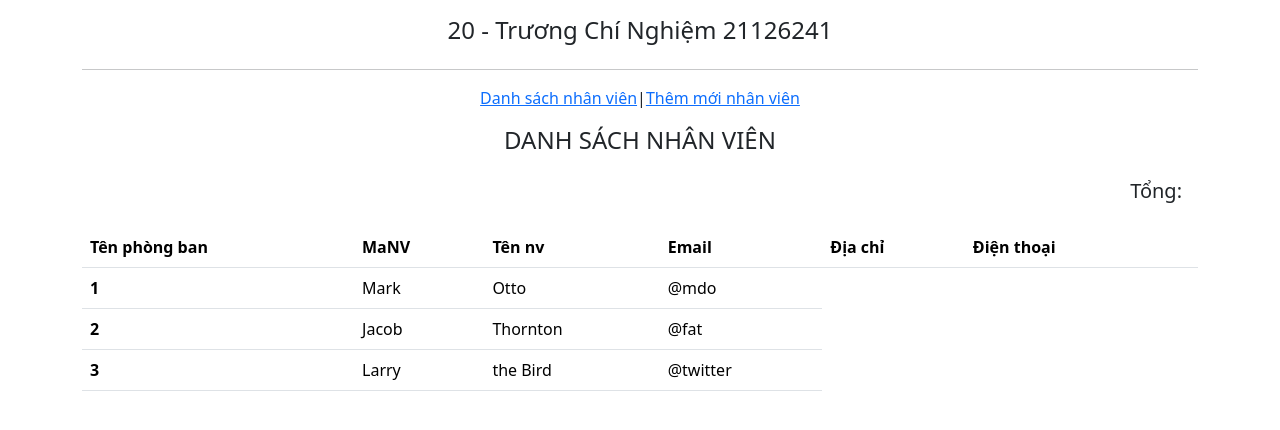
Repository: TruongChiNghiem1/wwwServlet
Page: http://localhost/20_TruongChiNghiem_21126241/views/ListNhanVien/index.jsp
The author's editor kept a copy of each file at every save. The page is drawn from the files as they stood at one save, then again after the next save.
The browser window is 1280 px wide. The pictures show the whole page.
The page is served by Tomcat 10. Other server files are loaded and not shown.

Above is the page before, as saved 2024-10-25 16:53:57.

### 20_TruongChiNghiem_21126241/src/main/webapp/views/ListNhanVien/index.jsp
<%@ page language="java" contentType="text/html; charset=UTF-8"
	pageEncoding="UTF-8"%>
<!DOCTYPE html>
<html>
<head>
<meta charset="UTF-8">
<title>Insert title here</title>
<link
	href="https://cdn.jsdelivr.net/npm/bootstrap@5.3.3/dist/css/bootstrap.min.css"
	rel="stylesheet"
	integrity="sha384-QWTKZyjpPEjISv5WaRU9OFeRpok6YctnYmDr5pNlyT2bRjXh0JMhjY6hW+ALEwIH"
	crossorigin="anonymous">
<script
	src="https://cdn.jsdelivr.net/npm/bootstrap@5.3.3/dist/js/bootstrap.bundle.min.js"
	integrity="sha384-YvpcrYf0tY3lHB60NNkmXc5s9fDVZLESaAA55NDzOxhy9GkcIdslK1eN7N6jIeHz"
	crossorigin="anonymous"></script>
</head>
<body>
	<div class="container">
		<div class="d-flex justify-content-center m-3">
			<h4>20 - Trương Chí Nghiệm 21126241</h4>
		</div>
		<hr>
		<div class="d-flex justify-content-center m-3">
			<a href="/20_TruongChiNghiem_21126241">Danh sách nhân viên</a>|
			<a href="/20_TruongChiNghiem_21126241/add-data">Thêm mới nhân viên</a>
		</div>
		<div class="d-flex justify-content-center m-3">
			<h4>DANH SÁCH NHÂN VIÊN</h4>
		</div>
		<div class="d-flex justify-content-end m-3">
			<h5>Tổng: </h5>
		</div>
		<div>
			<table class="table">
				<thead>
					<tr>
						<th scope="col">Tên phòng ban</th>
						<th scope="col">MaNV</th>
						<th scope="col">Tên nv</th>
						<th scope="col">Email</th>
						<th scope="col">Địa chỉ</th>
						<th scope="col">Điện thoại</th>
						<th scope="col"></th>
					</tr>
				</thead>
				<tbody>
					<tr>
						<th scope="row">1</th>
						<td>Mark</td>
						<td>Otto</td>
						<td>@mdo</td>
					</tr>
					<tr>
						<th scope="row">2</th>
						<td>Jacob</td>
						<td>Thornton</td>
						<td>@fat</td>
					</tr>
					<tr>
						<th scope="row">3</th>
						<td>Larry</td>
						<td>the Bird</td>
						<td>@twitter</td>
					</tr>
				</tbody>
			</table>
		</div>
	</div>
</body>
</html>

After the next save:
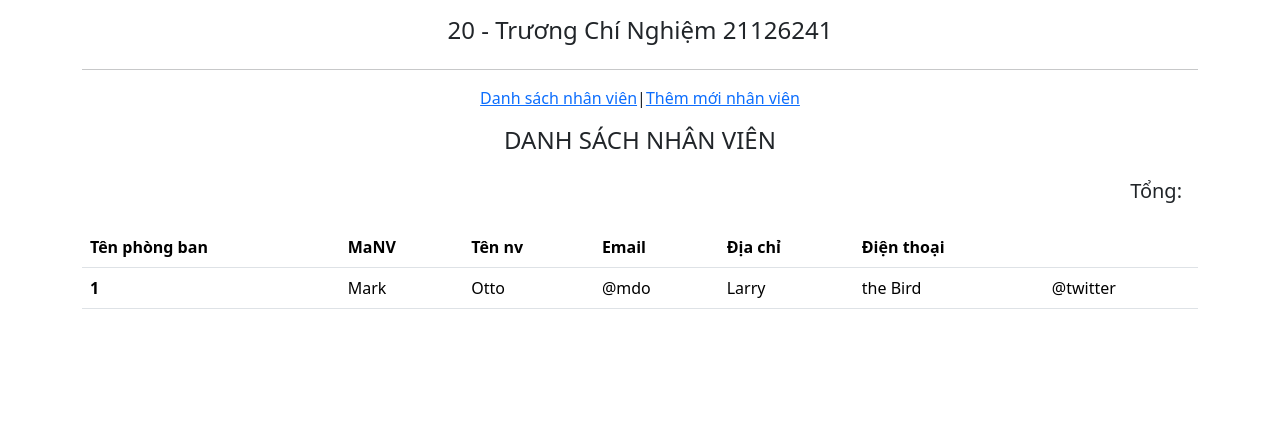
Saved 21 s later.
--- a/20_TruongChiNghiem_21126241/src/main/webapp/views/ListNhanVien/index.jsp
+++ b/20_TruongChiNghiem_21126241/src/main/webapp/views/ListNhanVien/index.jsp
@@ -50,15 +50,6 @@
 						<td>Mark</td>
 						<td>Otto</td>
 						<td>@mdo</td>
-					</tr>
-					<tr>
-						<th scope="row">2</th>
-						<td>Jacob</td>
-						<td>Thornton</td>
-						<td>@fat</td>
-					</tr>
-					<tr>
-						<th scope="row">3</th>
 						<td>Larry</td>
 						<td>the Bird</td>
 						<td>@twitter</td>
